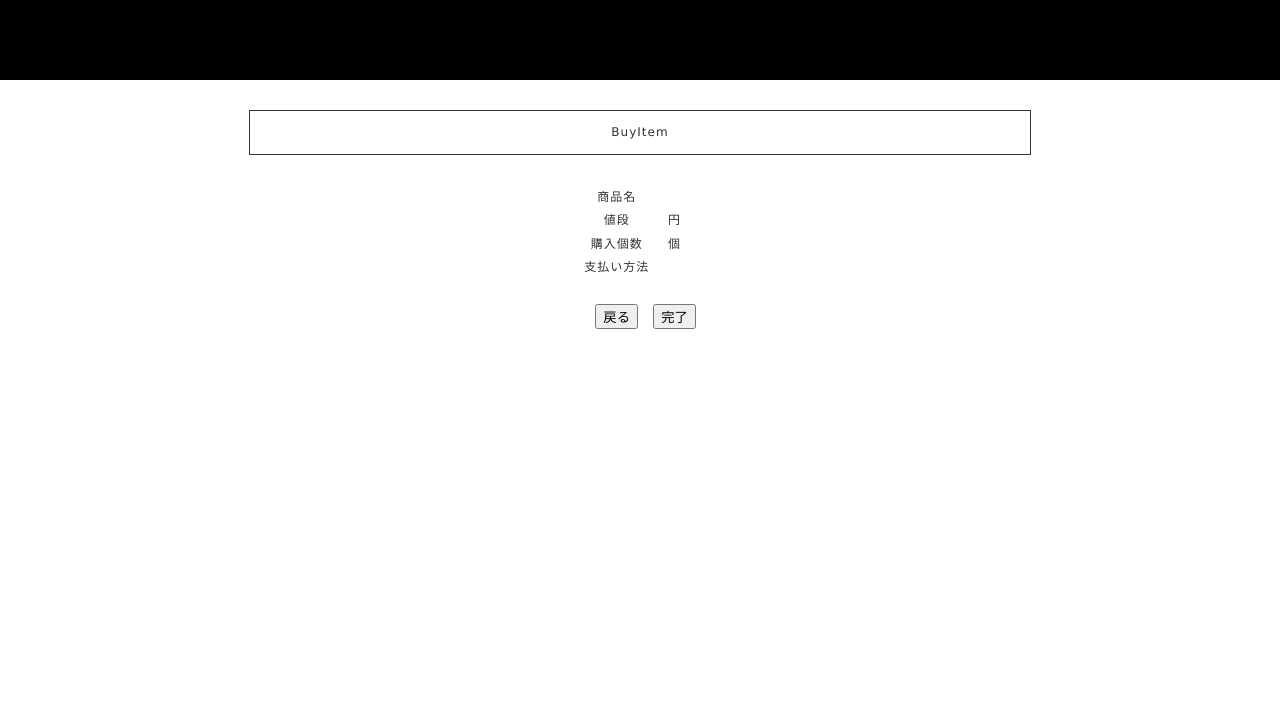
Repository: shimadaasato/test
Page: http://localhost/ecsite/buyItemConfirm.jsp
These files come from the project's save history. The page is drawn as it stood at one moment and after the next save; the edit follows.
The browser window is 1280 px wide. The pictures show the whole page.
Some web libraries are served in a nearby version. The page is served by Tomcat 9. Other server files are loaded and not shown.

Above is the page before, as saved 2019-04-03 10:51:17.

### ecsite/WebContent/buyItemConfirm.jsp
<%@ page language="java" contentType="text/html; charset=UTF-8"
    pageEncoding="UTF-8"%>
 <%@ taglib prefix="s" uri="/struts-tags"%>

<!DOCTYPE html>

<html>

<head>

<meta http-equiv="Content-Type" content="text/html; charset=utf-8" />
<meta http-equiv="Content-Style-Type" content="text/css" />
<meta http-equiv="Content-Script-Type" content="text/javascript" />
<meta http-equiv="imagetoolbar" content="no" />
<meta name="description" content="" />
<meta name="keywords" content="" />
<script src="http://ajax.googleapis.com/ajax/libs/jquery/1.9.1/jquery.min.js"></script>

<title>BuyItemConfirm画面</title>

<style type="text/css">

/*====TAG LAYOUT====*/
body{
	margin:0;
	padding:0;
	line-height:1.6;
	letter-spacing:1px;
	font-family:Verdana,Helvetica,sans-serif;
	font-size:12px;
	color:#333;
	background:#fff;

}

table{
	text-align:center;
	margin:0 auto;

}

#top{
	width:780px;
	margin:30px auto;
	border:1px solid #333;

}

#header{
	width:100%;
	height:80px;
	background-color:black;

}

#main{
	width:100%;
	height:500px;
	text-align:center;

}

#footer{
	width:100%;
	height:80px;
	background-color:black;
	clear:both;

}

</style>

<script type="text/javascript">

	function submitAction(url){

		$('form').attr('action',url);
		$('form').submit();

	}

</script>

</head>
<body>

	<div id="header">

		<div id="pr">

		</div>

	</div>

	<div id="main">

		<div id="top">

			<p>BuyItem</p>

		</div>

		<div>

			<s:form>

				<tr>

					<td>商品名</td>
					<td><s:property value="session.buyItem_name"/></td>

				</tr>

				<tr>

					<td>値段</td>
					<td><s:property value="session.total_price"/><span>円</span></td>

				</tr>

				<tr>

					<td>購入個数</td>
					<td><s:property value="session.count"/><span>個</span></td>

				</tr>

				<tr>

					<td>支払い方法</td>
					<td><s:property value="session.pay"/></td>

				</tr>

				<tr>

					<td><br></td>

				</tr>

					<tr>

						<td><input type="button" value="戻る" onclick="submitAction('HomeAction')"/></td>

						<td><input type="button" value="完了" onclick="submitAction('BuyItemConfirmAction')"/></td>

					</tr>




			</s:form>



		</div>




	</div>



</body>
</html>

After the next save:
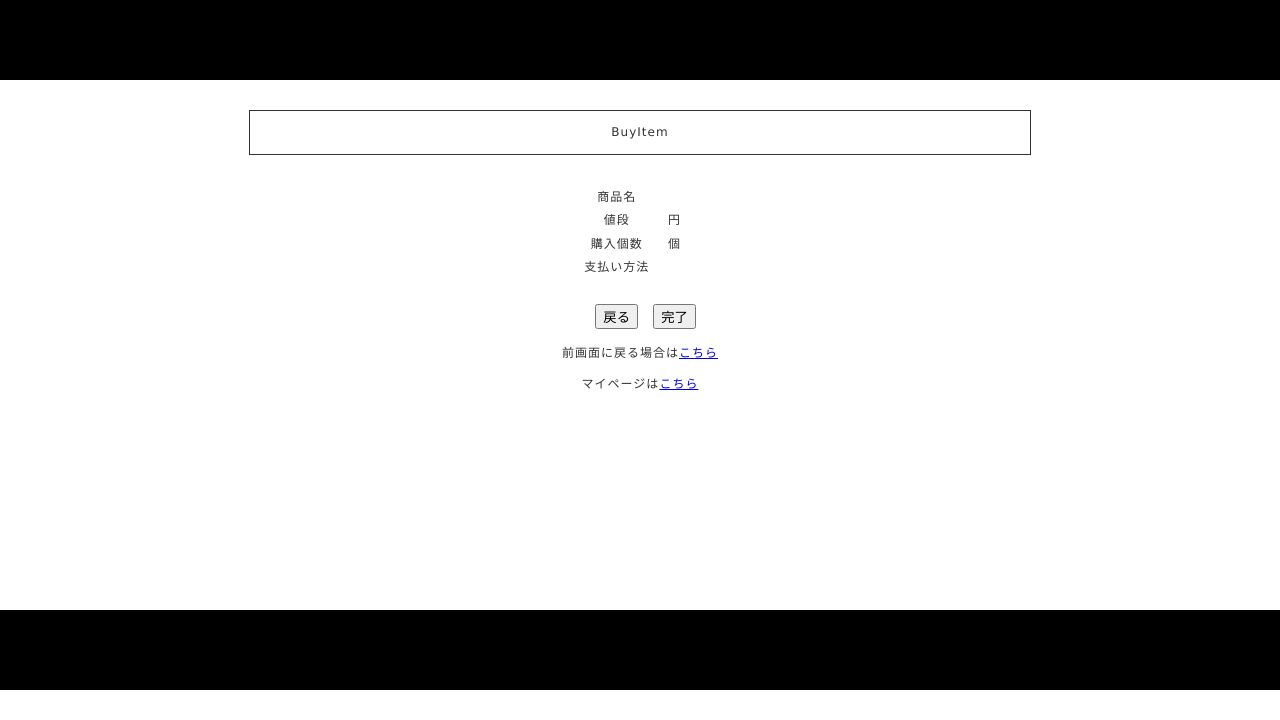
Saved 13 min 43 s later.
--- a/ecsite/WebContent/buyItemConfirm.jsp
+++ b/ecsite/WebContent/buyItemConfirm.jsp
@@ -146,17 +146,26 @@
 
 					</tr>
 
-
-
-
 			</s:form>
 
+		</div>
+
+		<div>
+
+			<p>前画面に戻る場合は<a href='<s:url action="GoHomeAction"/>'>こちら</a></p>
+
+			<p>マイページは<a href='<s:url action="MyPageAction"/>'>こちら</a></p>
+
+		</div>
+
+	</div>
+
+	<div id="footer">
+
+		<div id="pr">
 
 
 		</div>
-
-
-
 
 	</div>
 
